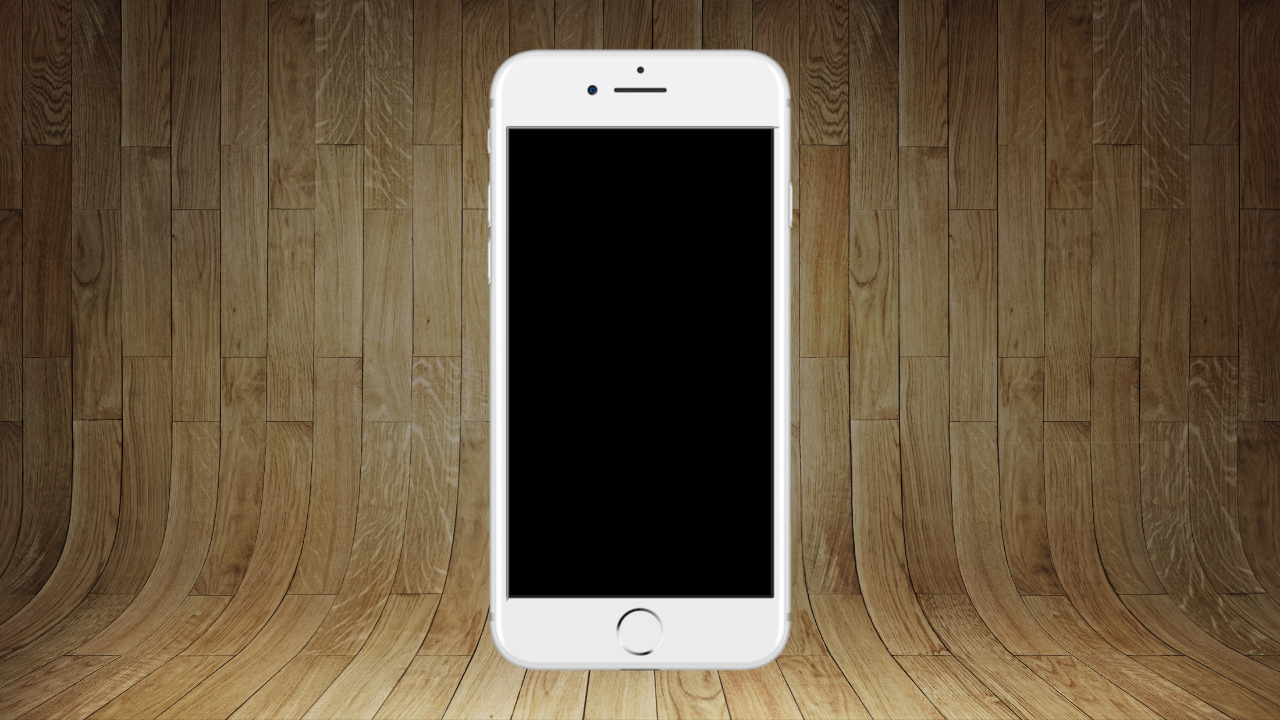
Repository: Sandro1969-tech/Projeto-social-desafio13
Page: index.html
An editor plug-in stored every save of this project. The page is shown before and after the next save, followed by the edit.
The browser window is 1280 px wide. The pictures show the whole page.

Above is the page before, as saved 2025-12-04 18:52:03.

### index.html
<!DOCTYPE html>
<html lang="pt-br">
<head>
    <meta charset="UTF-8">
    <meta name="viewport" content="width=device-width, initial-scale=1.0">
    <link rel="shorcut icon" href="favicon.ico">
    <link rel="stylesheet" href="style.css">
    <title>Projepo Redes sociais</title>
</head>
<main>
    <section id="telefone">
        <iframe src="home.html" name="tela" id="tela"></iframe>
        </section>
        <section id="Redes Sociais"
    </section>
</main>
<body>

</body>
</html>

### style.css
@charset "UTF-8";
* {
    margin: 0px;
    padding: 0px;
    font-family: Arial, Helvetica, sans-serif;

}
html, body {
    height: 100vh;
    width: 100vw;
    background-color: black;

    body {
        background: url(assets/image/fundo-madeira.jpg);
        no -repeat top center;
        background-size: cover;
        background-attachment: fixed;
    }

}
main {
    height: 100vh;
position: relative;

}

section#telefone {
    position: absolute;
    top: 50%;
    left: 50%;
    transform: translate(-50%, -50%);
    height: 627px;
    width: 311px;
    background: url(assets/image/frame-iphone.png) no-repeat;
}

section#telefone iframe {
    position: relative;
    top: 80px;
    left: 22px;
    height: 471px;
    width: 269px;

}

### home.html
<!DOCTYPE html>
<html lang="pt-BR">
<head>
    <meta charset="UTF-8">
    <meta name="viewport" content="width=device-width, initial-scale=1.0">
    <title>Home</title>
</head>
<style>
    * {
        margin: 0;
        padding: 0;
    }

    body {
        width: 100vw;
        height: 100vh;
        background-color: black url(assets/image/tela-home.jpg) no repeat
        top center;
        background-size:cover;
    }
</style>
<body>

</body>
</html>

After the next save:
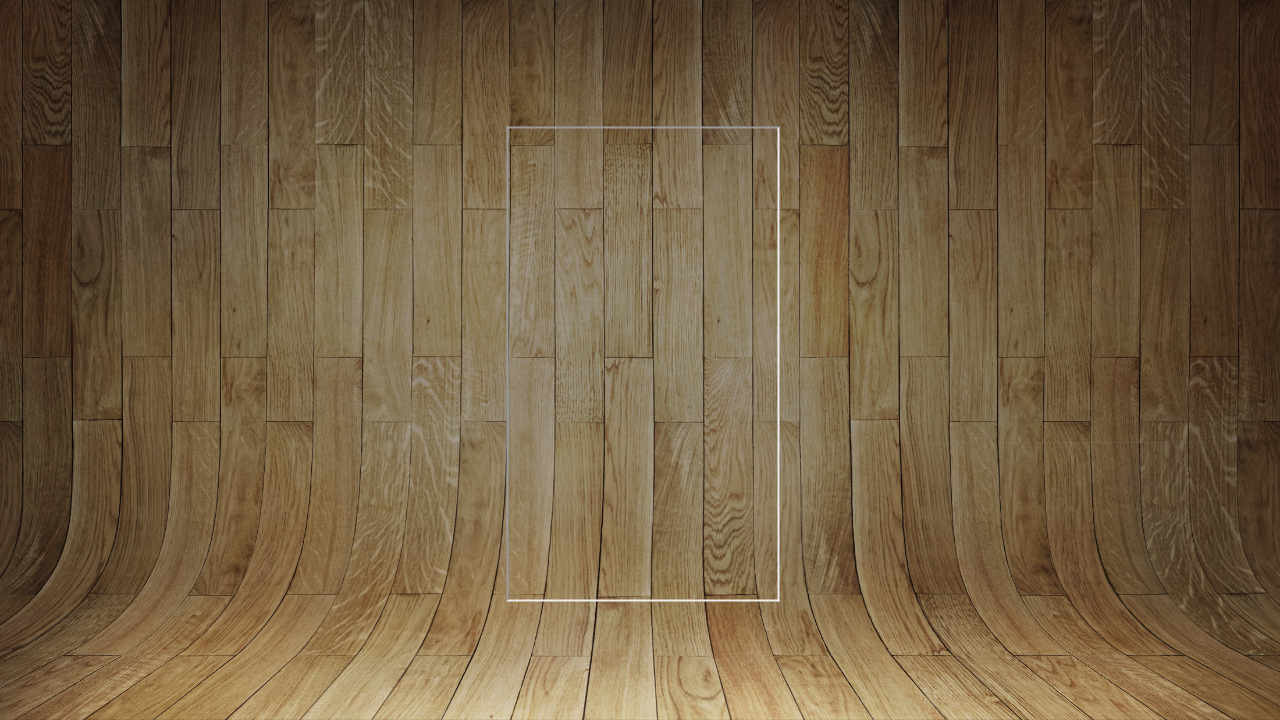
Saved 33 s later.
--- a/style.css
+++ b/style.css
@@ -31,7 +31,7 @@
     transform: translate(-50%, -50%);
     height: 627px;
     width: 311px;
-    background: url(assets/image/frame-iphone.png) no-repeat;
+    background: url() no-repeat;
 }
 
 section#telefone iframe {
